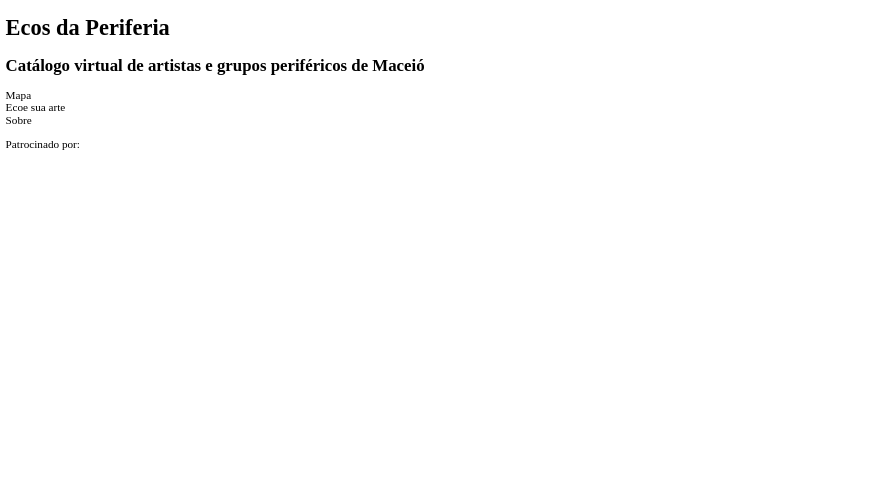
Repository: lucasthaynan/ecos-da-periferia
Page: index.html
These files come from the project's save history. The page is drawn as it stood at one moment and after the next save; the edit follows.
The browser window is 1280 px wide. The pictures show the part of the page from y = 0 to 1920 px (the page is 720 px tall before and 4278 px after), at 70% of full size.

Above is the page before, as saved 2025-11-11 17:25:38.

### index.html
<!DOCTYPE html>
<html lang="pt-BR">

<head>
    <meta charset="UTF-8">
    <meta name="viewport" content="width=device-width, initial-scale=1.0">
    <link rel="stylesheet" href="style.css?v=1.0">
    <title>Ecos da Periferia</title>
</head>

<body>

    <header class="left">
        <div class="container">
            <h1>Ecos da Periferia</h1>
            <h2>Catálogo virtual de artistas e grupos periféricos de Maceió</h2>
            <div class="line"></div>
            <div class="menu">
                <div class="btn catalogo active"></div>
                <div class="btn mapa">Mapa</div>
                <div class="btn inscricao">Ecoe sua arte</div>
                <div class="btn sobre">Sobre</div>
            </div>
            <div class="logos">
                <p>Patrocinado por:</p>
                <div class="list-logos">
                    <img src="./imagens/logos.png" alt="" srcset="">
                </div>
            </div>
        </div>

    </header>

    <script src="main.js?v=1.0"></script>

</body>

</html>

Loaded but not shown: style.css (no stored copy; drawn as an empty file); main.js (no stored copy; drawn as an empty file)

After the next save:
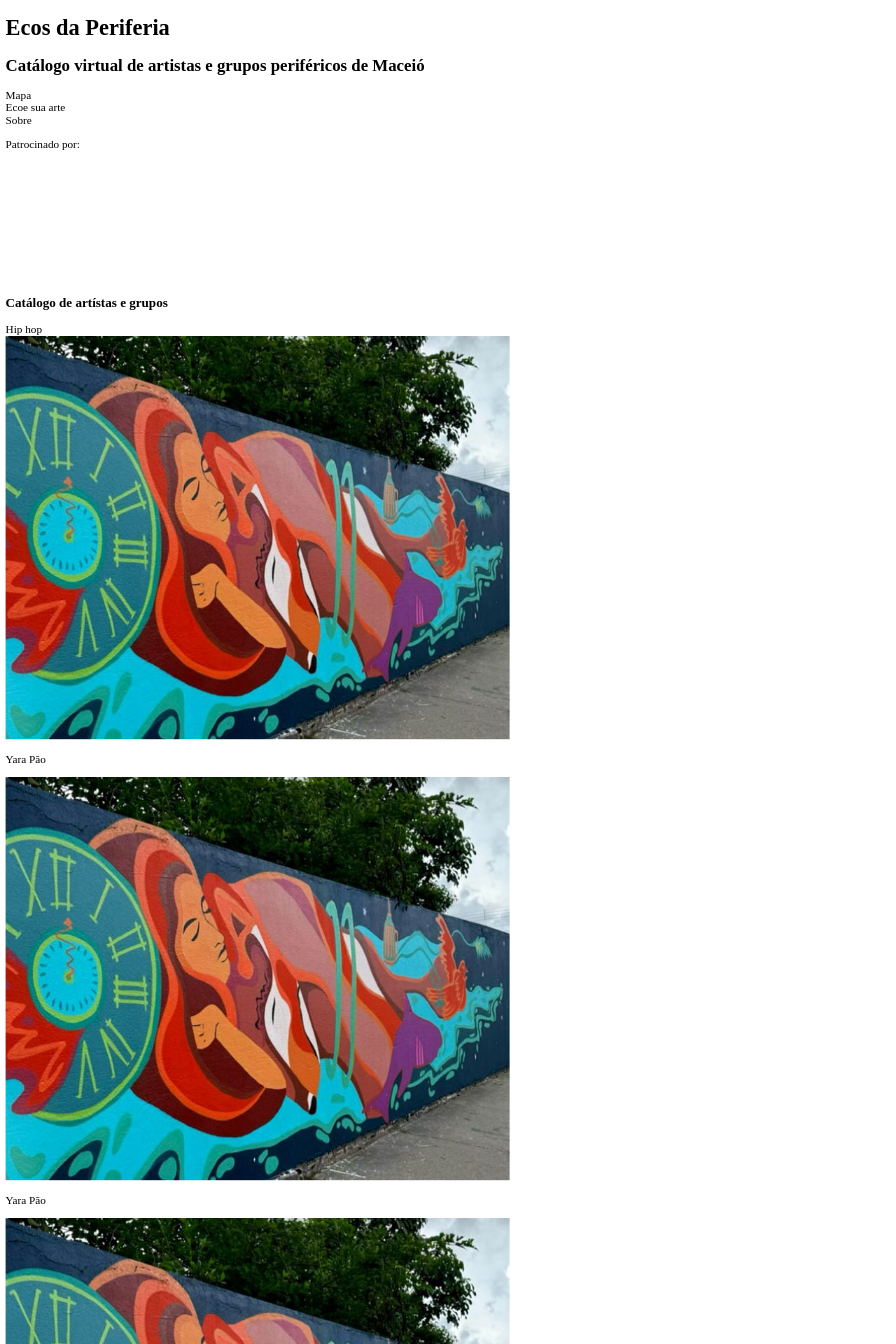
Saved 5 min 22 s later.
--- a/index.html
+++ b/index.html
@@ -28,8 +28,52 @@
                 </div>
             </div>
         </div>
+    </header>
 
-    </header>
+    <section class="catalogo">
+        <h3>Catálogo de artístas e grupos</h3>
+        <div class="container-grupos hiphop">
+            <div class="chapeu">Hip hop</div>
+            <div class="lista">
+                <div class="artista-1">
+                    <img src="./imagens/yara-pao.jpg" alt="" srcset="">
+                    <p class="nome">Yara Pão</p>
+                </div>
+                <div class="artista-2">
+                    <img src="./imagens/yara-pao.jpg" alt="" srcset="">
+                    <p class="nome">Yara Pão</p>
+                </div>
+                <div class="artista-3">
+                    <img src="./imagens/yara-pao.jpg" alt="" srcset="">
+                    <p class="nome">Yara Pão</p>
+                </div>
+
+            </div>
+        </div>
+
+
+        <div class="container-grupos grafite">
+            <div class="chapeu">Grafite</div>
+            <div class="lista">
+                <div class="artista-4">
+                    <img src="./imagens/yara-pao.jpg" alt="" srcset="">
+                    <p class="nome">Yara Pão</p>
+                </div>
+                <div class="artista-5">
+                    <img src="./imagens/yara-pao.jpg" alt="" srcset="">
+                    <p class="nome">Yara Pão</p>
+                </div>
+                <div class="artista-6">
+                    <img src="./imagens/yara-pao.jpg" alt="" srcset="">
+                    <p class="nome">Yara Pão</p>
+                </div>
+
+            </div>
+        </div>
+
+
+
+    </section>
 
     <script src="main.js?v=1.0"></script>
 
